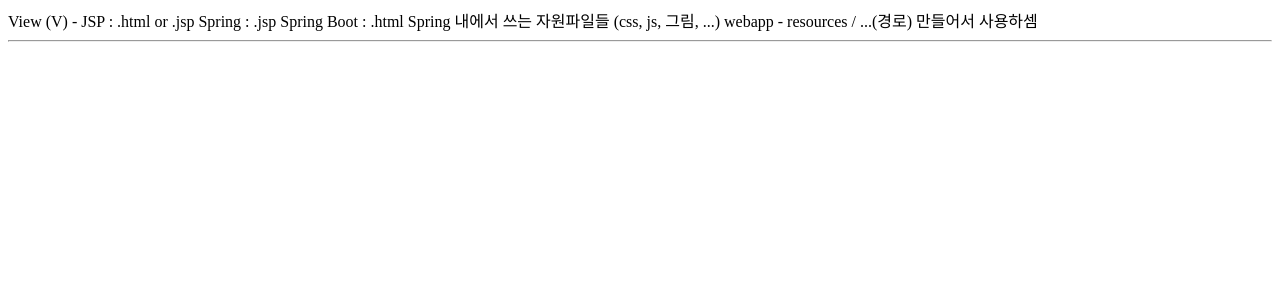
Repository: moondolph/SKKU_IT_Education
Page: http://localhost/Sep30_2_SpringMVC/WEB-INF/views/index.jsp
These files come from the project's save history. The page is drawn as it stood at one moment and after the next save; the edit follows.
The browser window is 1280 px wide. The pictures show the whole page.
The page is served by Tomcat 9. Nobody is signed in. Other server files are loaded and not shown. The template is opened directly, without the code that normally fills it, so the values that code supplies are empty.

Above is the page before, as saved 2022-09-30 01:48:18.

### Sep30_2_SpringMVC/src/main/webapp/WEB-INF/views/index.jsp
<%@ page language="java" contentType="text/html; charset=UTF-8"
    pageEncoding="UTF-8"%>
<!DOCTYPE html>
<html>
<head>
<meta charset="UTF-8">
<title>Insert title here</title>
</head>
<body>
	View (V) -
		JSP : .html or .jsp
		Spring : .jsp
		Spring Boot : .html

		Spring 내에서 쓰는 자원파일들 (css, js, 그림, ...)
			webapp - resources / ...(경로) 만들어서 사용하셈
	<hr>
</body>
</html>

After the next save:
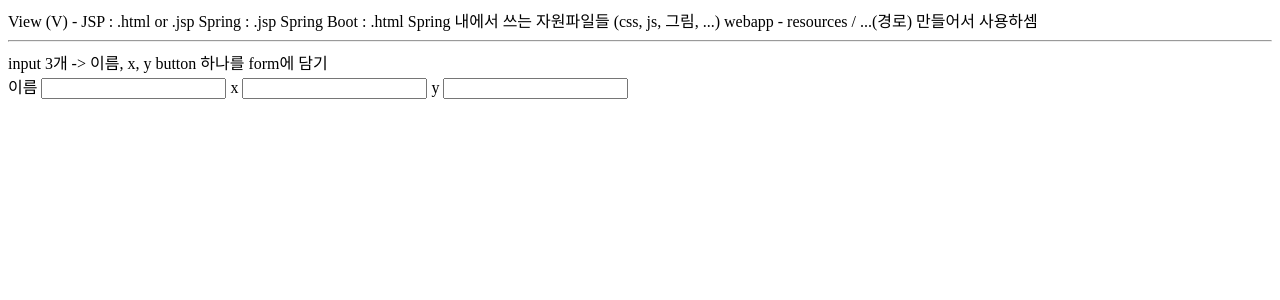
Saved 2 min 29 s later.
--- a/Sep30_2_SpringMVC/src/main/webapp/WEB-INF/views/index.jsp
+++ b/Sep30_2_SpringMVC/src/main/webapp/WEB-INF/views/index.jsp
@@ -15,5 +15,16 @@
 		Spring 내에서 쓰는 자원파일들 (css, js, 그림, ...)
 			webapp - resources / ...(경로) 만들어서 사용하셈
 	<hr>
+	input 3개 -> 이름, x, y
+	button 하나를 form에 담기
+	<form action="">
+	이름 <input name="n">
+	 x <input name="x">
+	 y <input name="y">
+
+	</form>
+
+
+
 </body>
 </html>
